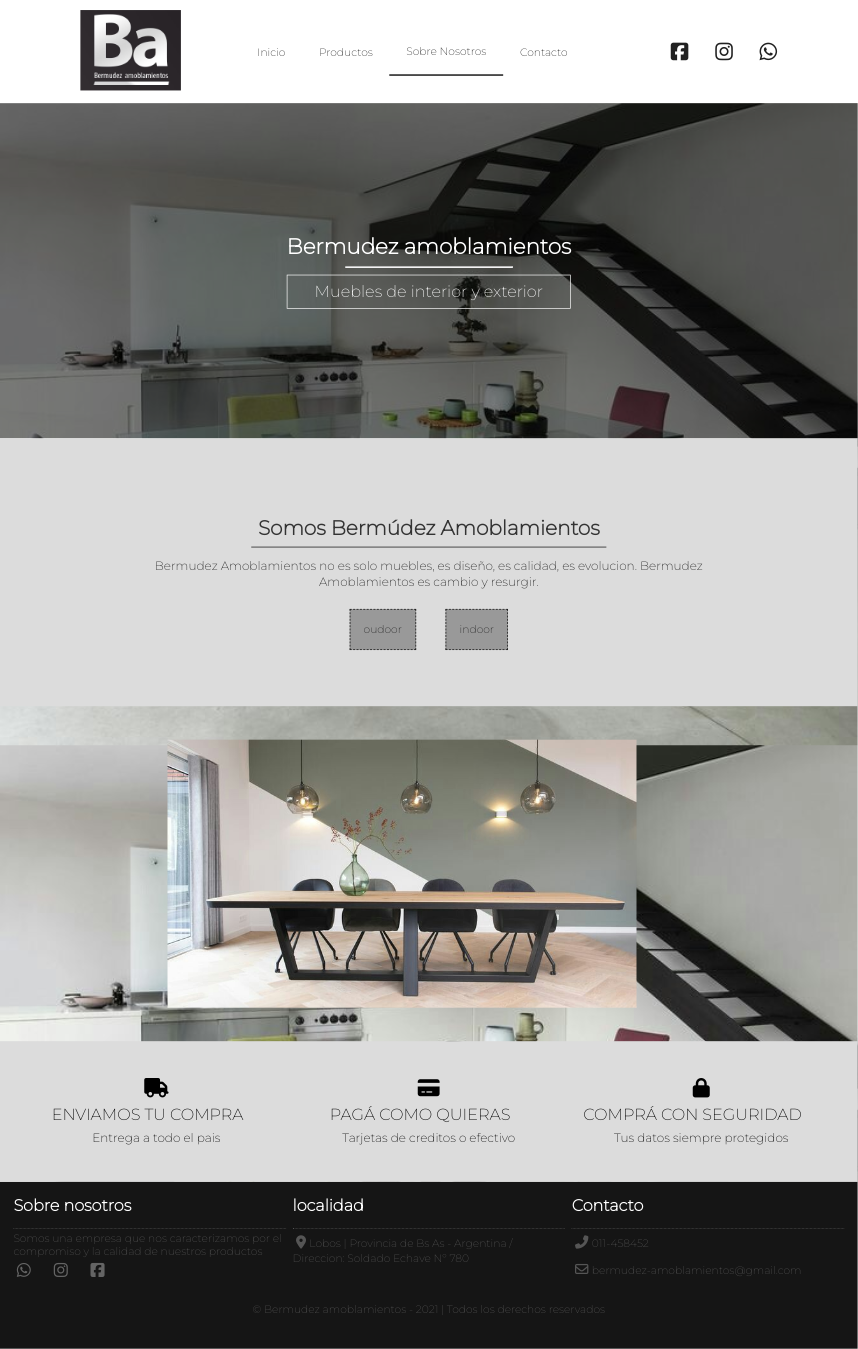
Repository: DamianBermudez94/Bermudez-amoblamientos
Page: index.html
An editor plug-in stored every save of this project. The page is shown before and after the next save, followed by the edit.
The browser window is 1280 px wide. The pictures show the whole page, at 67% of full size.
Backgrounds fixed to the window are drawn as part of the page. Some web libraries are served in a nearby version.

Above is the page before, as saved 2022-09-22 19:22:03.

After the next save:
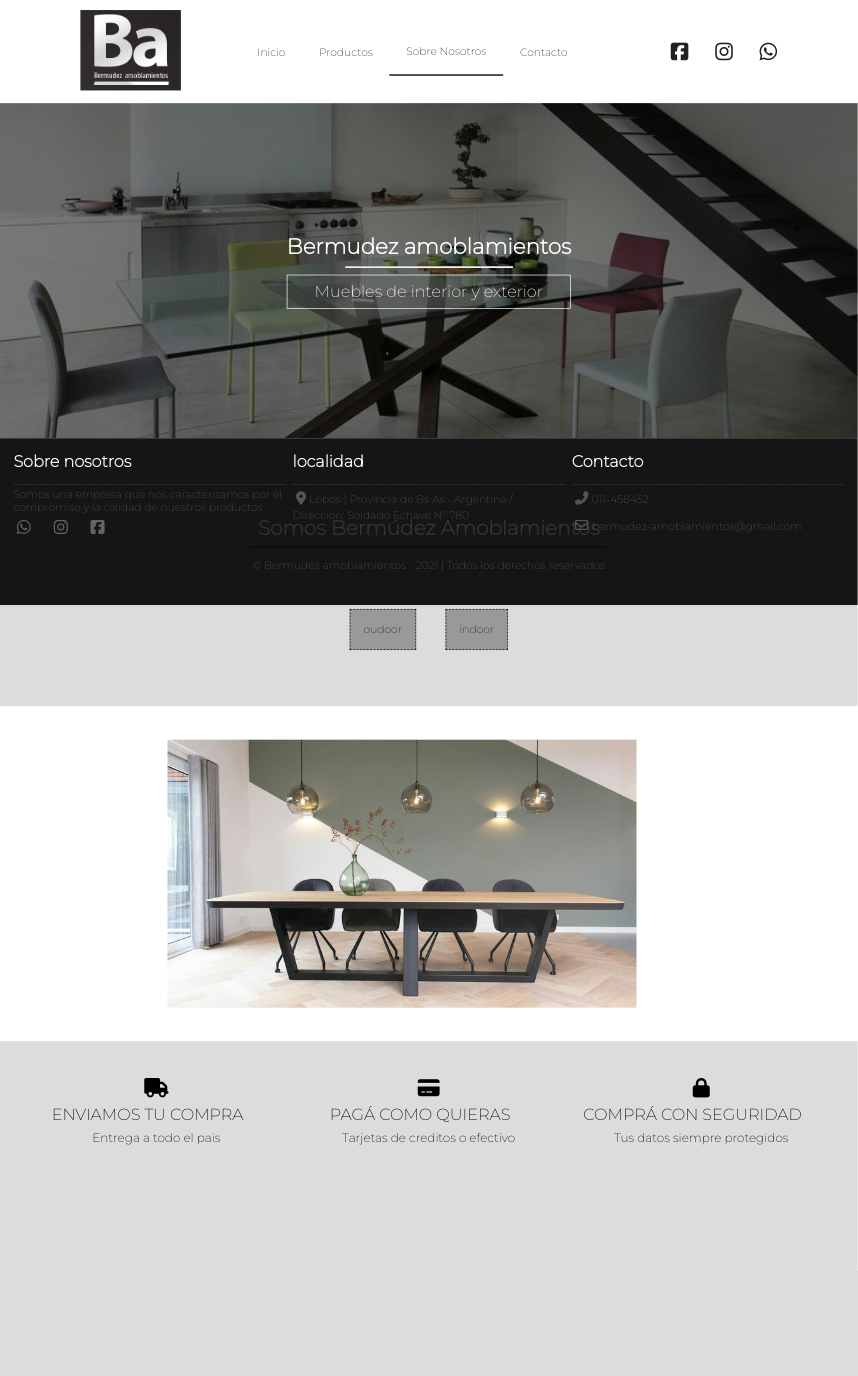
Saved 10 s later.
--- a/index.css
+++ b/index.css
@@ -34,6 +34,8 @@
   color: #000;
 }
 main{
+  width: 100%;
+  height: 500px;
   background: url("./indoor/img-indoor/imagenes-indoor/IMG-20210325-WA0038.jpg");
   background-attachment: fixed;
   background-position:center;

After the save that followed:
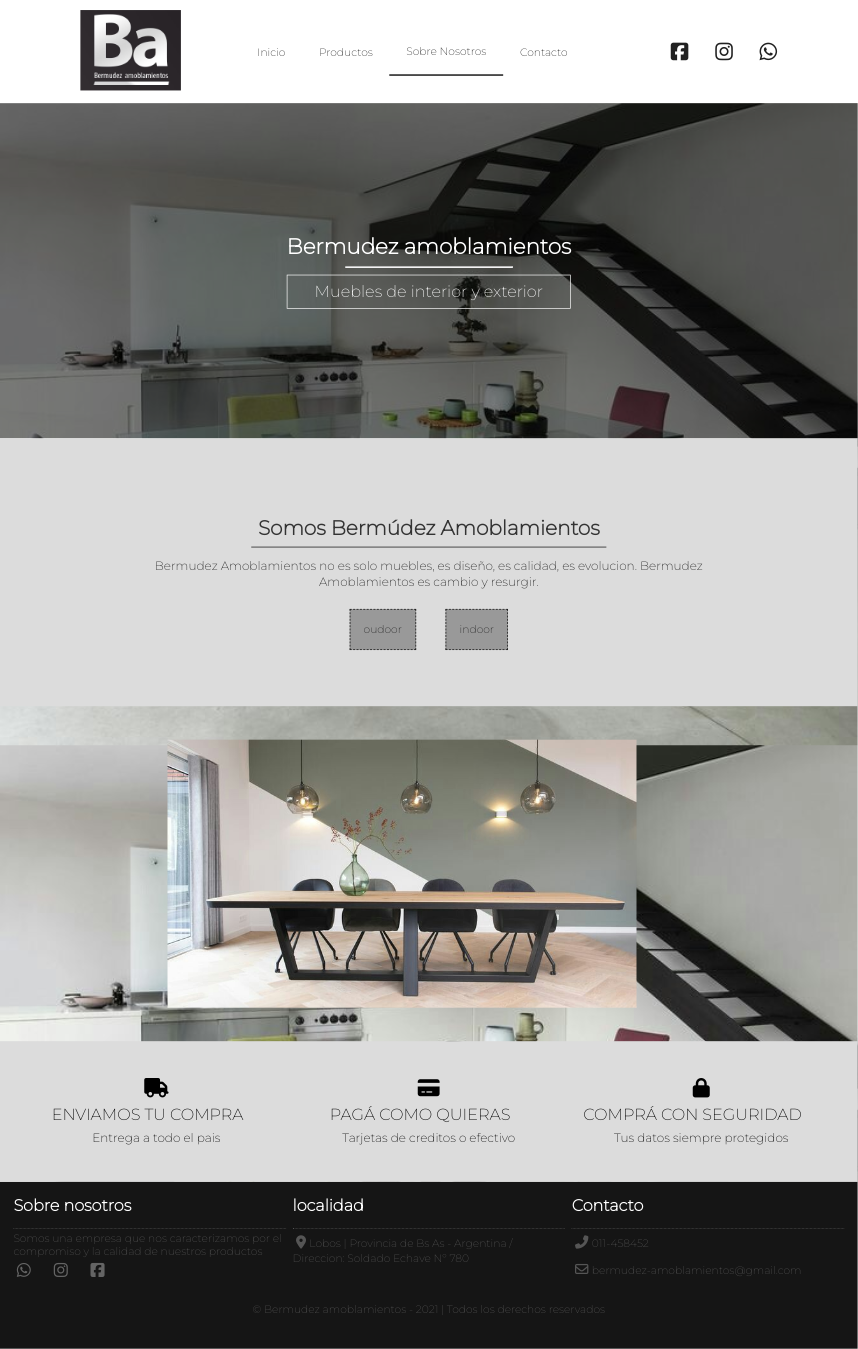
Saved 16 s later.
--- a/index.css
+++ b/index.css
@@ -35,7 +35,7 @@
 }
 main{
   width: 100%;
-  height: 500px;
+  height: 100%;
   background: url("./indoor/img-indoor/imagenes-indoor/IMG-20210325-WA0038.jpg");
   background-attachment: fixed;
   background-position:center;
